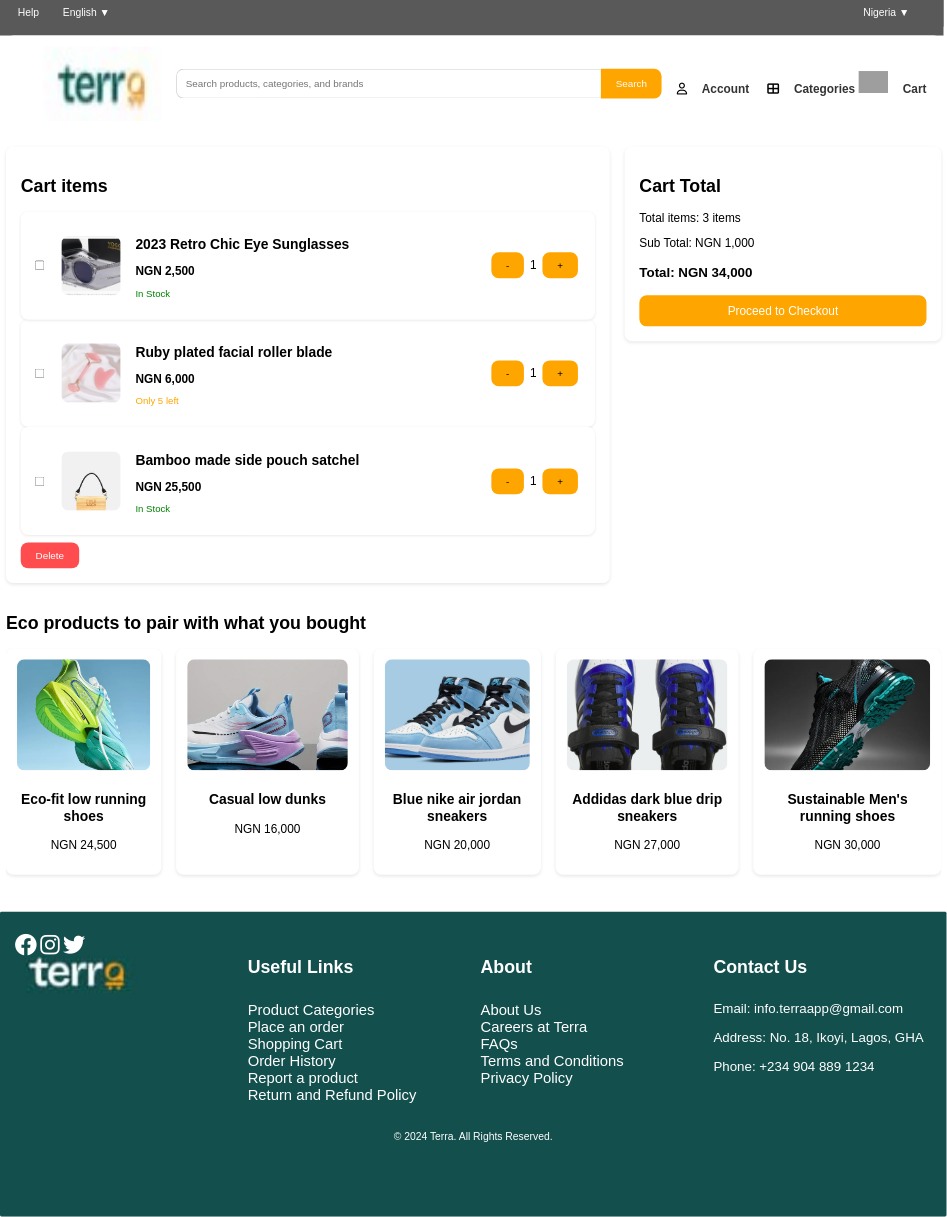
Repository: Femi007-gh/e-commerce
Page: index.html
The author's editor kept a copy of each file at every save. The page is drawn from the files as they stood at one save, then again after the next save.
The browser window is 1280 px wide. The pictures show the whole page, at 74% of full size.
Pictures or frames that could not be fetched are drawn as grey boxes.

Above is the page before, as saved 2025-04-29 14:00:08.

After the next save:
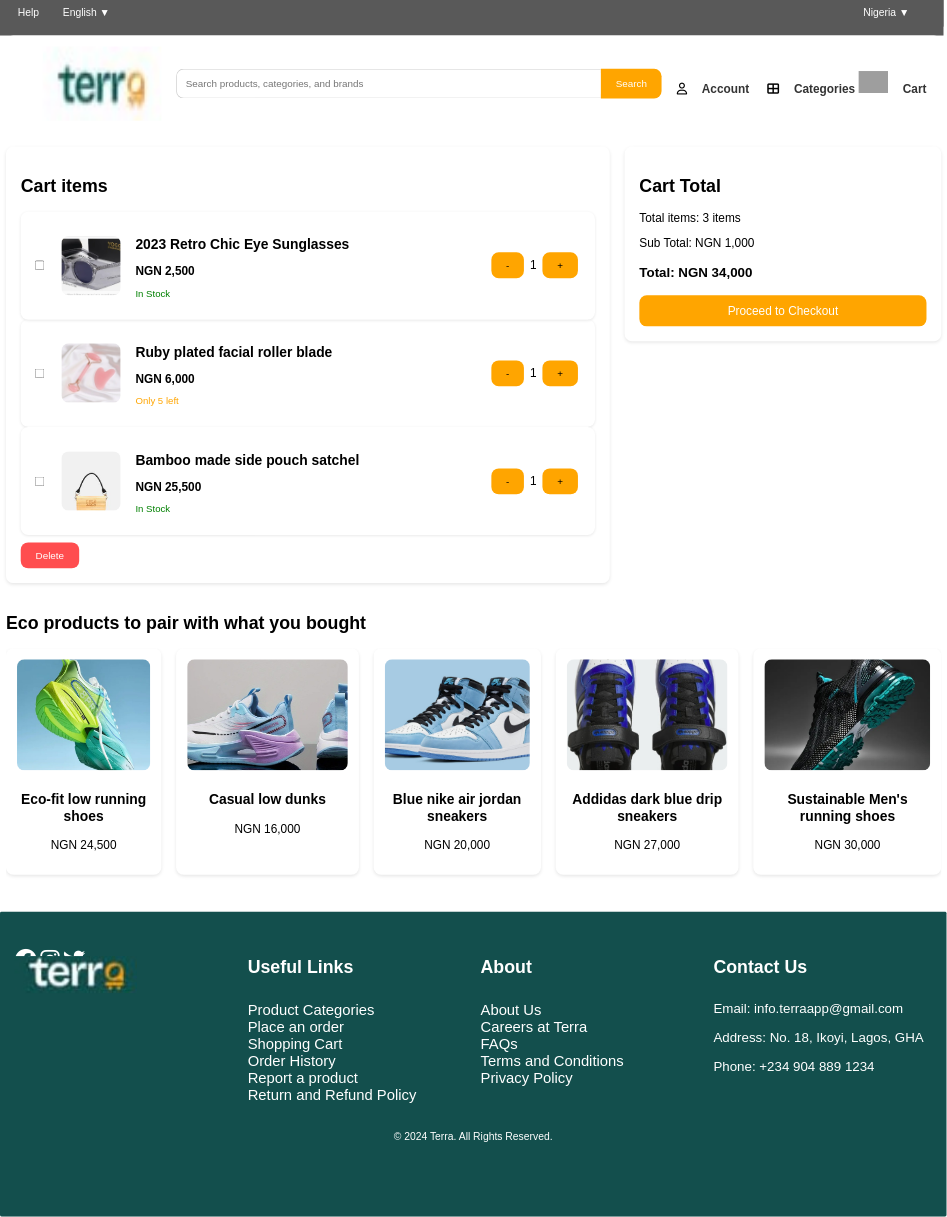
Saved 8 s later.
--- a/style.css
+++ b/style.css
@@ -370,5 +370,5 @@
 .fa-brands {
   color: white;
   font-size: 30px;
-  margiin-top:
-}
+  margin-top: 20px;
+}
